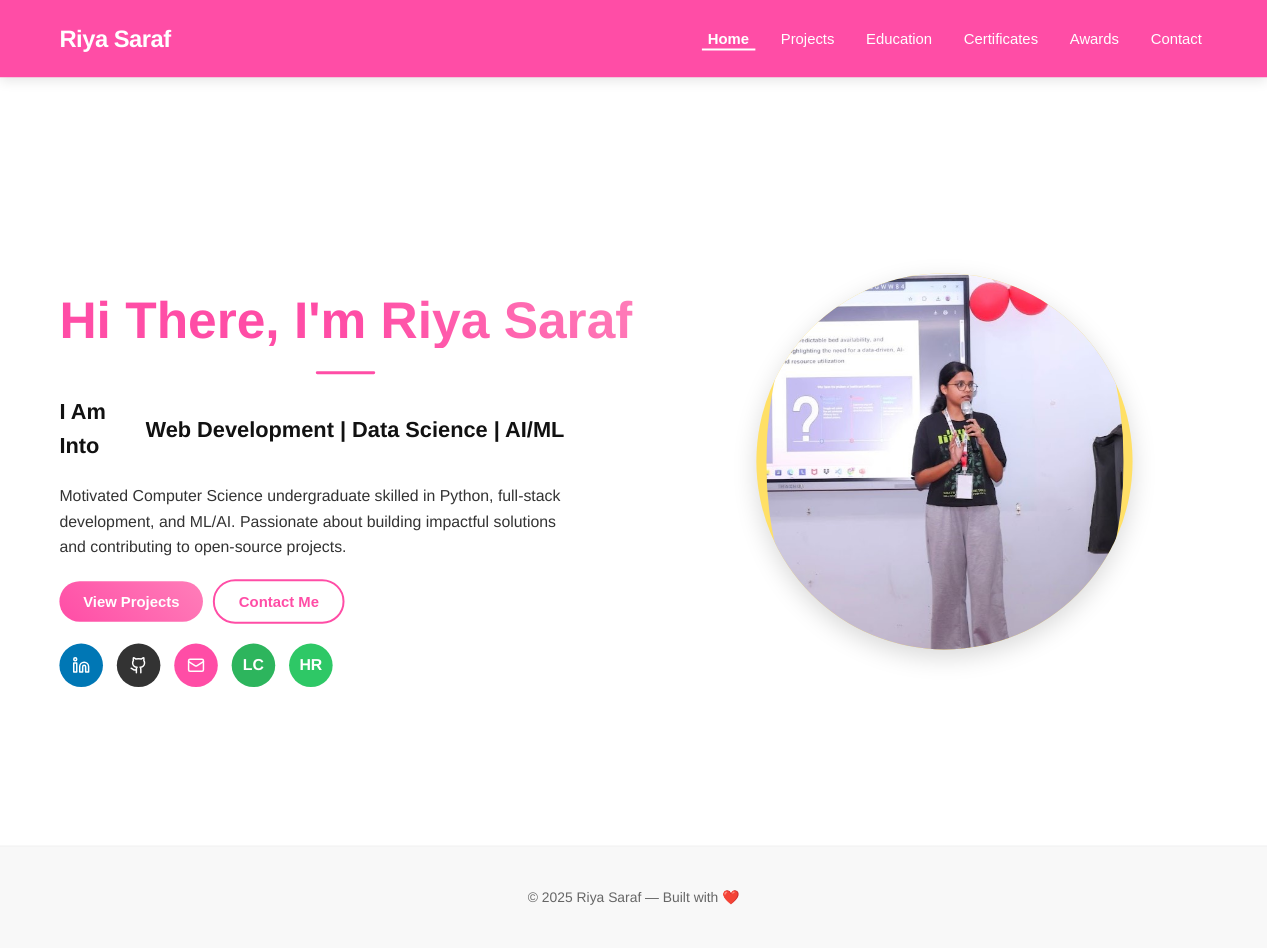
Repository: riyaaaa19/riya-portfolio
Page: /
An editor plug-in stored every save of this project. The page is shown before and after the next save, followed by the edit.
The browser window is 1280 px wide. The pictures show the whole page, at 99% of full size.
The project was rebuilt for these pictures with package versions that can differ from the ones it lists, and the page was loaded fresh each time. Also part of the build but not shown: src/components/TimelineCard.js.

Above is the page before, as saved 2025-09-13 17:36:04.

After the next save:
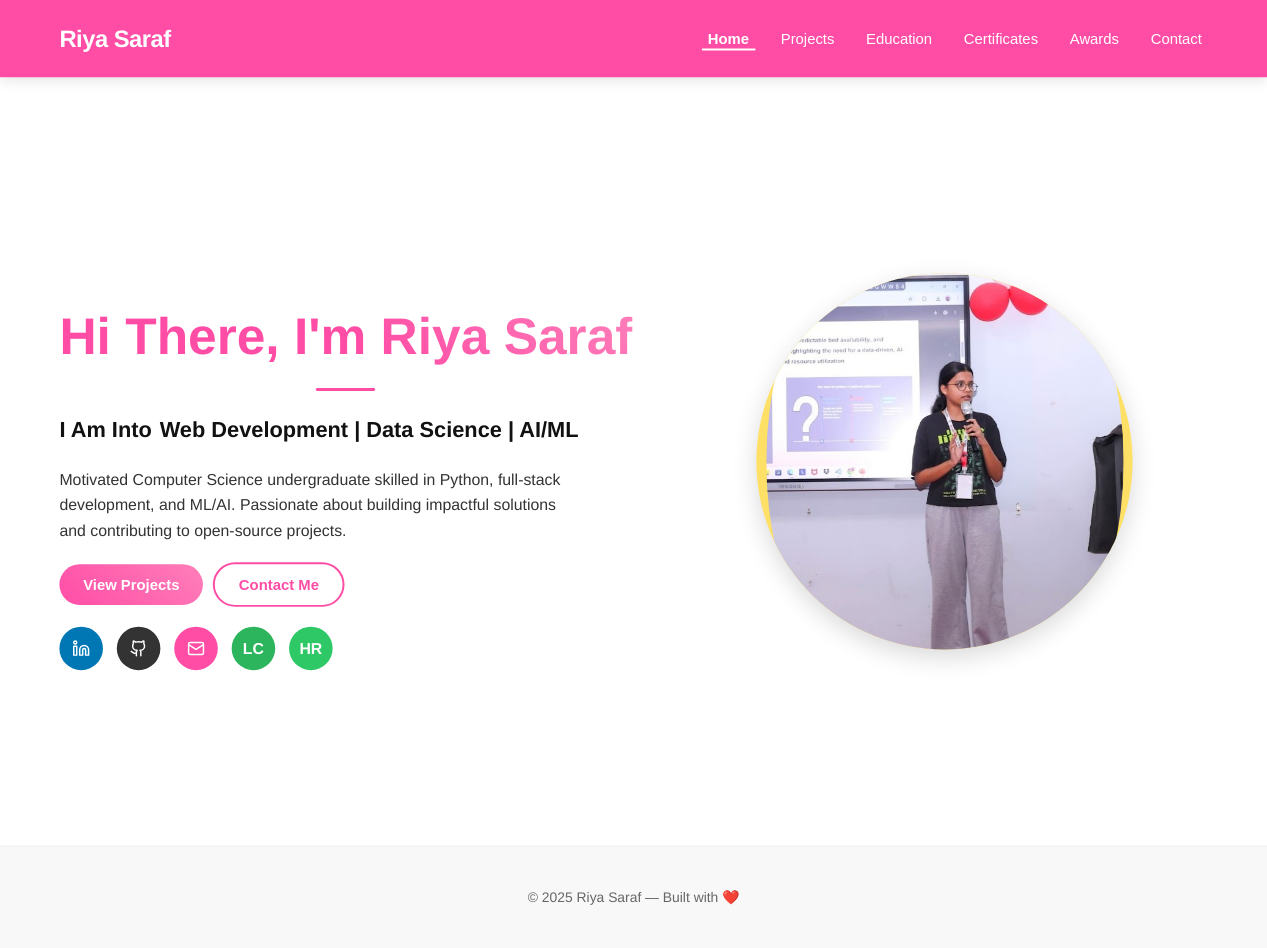
Saved 4 min 33 s later.
--- a/src/App.js
+++ b/src/App.js
@@ -1,7 +1,7 @@
 import React, { useState } from "react";
 import { Mail, Github, Linkedin } from "lucide-react";
 import TimelineCard from "./components/TimelineCard"; // adjust path if needed
-import "./styles.css"; // Add styles here
+import "./styles.css";
 
 export default function RiyaSarafPortfolio() {
   const [activePage, setActivePage] = useState("home");
@@ -94,8 +94,8 @@ export default function RiyaSarafPortfolio() {
             </h2>
             <h3>
               I Am Into{" "}
-              <span className="typing">
-                Web Development | Data Science | AI/ML
+              <span className="typing-container">
+                <span className="typing">Web Development | Data Science | AI/ML</span>
               </span>
             </h3>
             <p>
